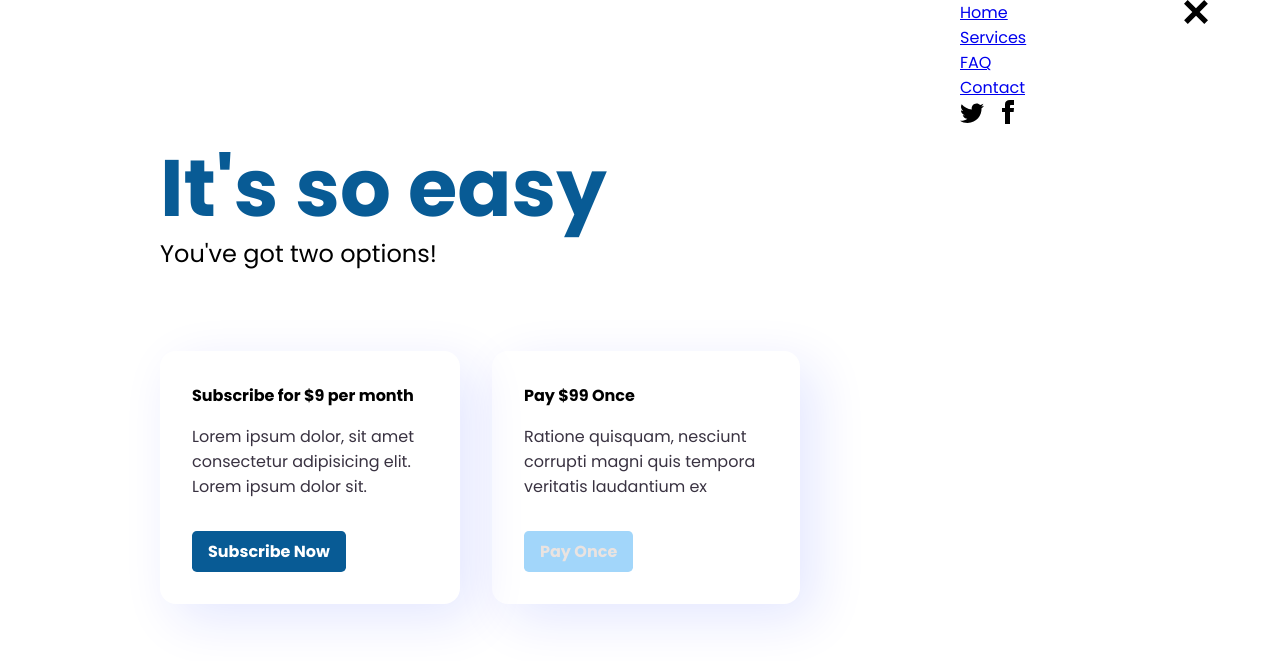
Repository: Hyperion72R/Animated-Navigation
Page: index.html
The author's editor kept a copy of each file at every save. The page is drawn from the files as they stood at one save, then again after the next save.
The browser window is 1280 px wide. The pictures show the whole page.
The style sheet was rebuilt from its Sass, Less or Tailwind sources for each picture, by a compiler version that may differ from the author's.

Above is the page before, as saved 2021-08-29 00:24:14.

### index.html
<!DOCTYPE html>
<html lang="en">
  <head>
    <meta charset="UTF-8" />
    <meta http-equiv="X-UA-Compatible" content="IE=edge" />
    <meta name="viewport" content="width=device-width, initial-scale=1.0" />
    <title>Document</title>
    <link rel="stylesheet" href="css/main.css" />
  </head>
  <body>
    <header>
      <a href="#" class="logo">awesomeservice</a>

      <nav>
        <ul>
          <li><a href="#">Home</a></li>
          <li><a href="#">Services</a></li>
          <li><a href="#">FAQ</a></li>
          <li class="active"><a href="#">Become a member</a></li>
        </ul>
      </nav>
    </header>

    <section>
      <h1>Go Big or Go Home</h1>
    </section>

    <div class="overlay">
      <div class="left">
        <h2>It's so easy</h2>
        <p class="subhead">You've got two options!</p>

        <div class="cards">
          <div class="card">
            <strong>Subscribe for $9 per month</strong>
            <p>
              Lorem ipsum dolor, sit amet consectetur adipisicing elit. Lorem
              ipsum dolor sit.
            </p>
            <a href="#" class="cta">Subscribe Now</a>
          </div>

          <div class="card">
            <strong>Pay $99 Once</strong>
            <p>
              Ratione quisquam, nesciunt corrupti magni quis tempora veritatis
              laudantium ex
            </p>
            <a href="#" class="cta pay-once">Pay Once</a>
          </div>
        </div>
      </div>

      <div class="middle">
        <ul class="secondary">
          <li><a href="#">Home</a></li>
          <li><a href="#">Services</a></li>
          <li><a href="#">FAQ</a></li>
          <li><a href="#">Contact</a></li>
        </ul>

        <div class="social-nav">
          <a href="" class="twitter"
            ><svg
              xmlns="http://www.w3.org/2000/svg"
              width="32"
              height="32"
              viewBox="0 -1.15 32 32"
            >
              <path
                d="M24 4.557c-.883.392-1.832.656-2.828.775 1.017-.609 1.798-1.574 2.165-2.724-.951.564-2.005.974-3.127 1.195-.897-.957-2.178-1.555-3.594-1.555-3.179 0-5.515 2.966-4.797 6.045-4.091-.205-7.719-2.165-10.148-5.144-1.29 2.213-.669 5.108 1.523 6.574-.806-.026-1.566-.247-2.229-.616-.054 2.281 1.581 4.415 3.949 4.89-.693.188-1.452.232-2.224.084.626 1.956 2.444 3.379 4.6 3.419-2.07 1.623-4.678 2.348-7.29 2.04 2.179 1.397 4.768 2.212 7.548 2.212 9.142 0 14.307-7.721 13.995-14.646.962-.695 1.797-1.562 2.457-2.549z"
              /></svg
          ></a>
          <a href="" class="facebook"
            ><svg
              xmlns="http://www.w3.org/2000/svg"
              width="32"
              height="32"
              viewBox="0 0 32 32"
            >
              <path
                d="M9 8h-3v4h3v12h5v-12h3.642l.358-4h-4v-1.667c0-.955.192-1.333 1.115-1.333h2.885v-5h-3.808c-3.596 0-5.192 1.583-5.192 4.615v3.385z"
              /></svg
          ></a>
        </div>
      </div>

      <div class="right">
        <svg
          class="exit"
          xmlns="http://www.w3.org/2000/svg"
          width="58"
          height="58"
          viewBox="0 0 58 58"
        >
          <path
            d="M24 20.188l-8.315-8.209 8.2-8.282-3.697-3.697-8.212 8.318-8.31-8.203-3.666 3.666 8.321 8.24-8.206 8.313 3.666 3.666 8.237-8.318 8.285 8.203z"
          />
        </svg>
      </div>
    </div>
  </body>
</html>

### css/main.scss
@import url("https://fonts.googleapis.com/css2?family=Poppins:ital,wght@0,400;0,500;0,600;0,700;0,800;0,900;1,400;1,500;1,600;1,700;1,800;1,900&display=swap");

*,
*:before,
*::after {
  box-sizing: border-box;
}

body::after {
  content: "";
  display: block;
  width: 100%;
  //   height: 108%;
  height: 100%;
  //   background-color: rgba(51, 51, 51, 0.5);
  background: rgba(38, 73, 91, 0.8);

  position: absolute;
  top: 0;
  left: 0;
  right: 0;
  bottom: 0;
  z-index: -10;
}

body {
  height: 100vh;
  //   background: #8000ff url("../assets/images/bg.jpg");
  //   background: linear-gradient(rgba(4, 230, 168, 0.8), rgba(44, 189, 230, 0.8)),
  //     url("../assets/images/bg.jpg");
  background: url("../assets/images/bg.jpg");
  //   object-fit: scale-down;
  background-size: cover;
  color: white;
  font-family: "Poppins";
  margin: 0;
  //   background-position: center;
  //   padding: 0;
  //   overflow: hidden;
  background-repeat: no-repeat;
}

ul {
  list-style-type: none;
  margin: 0;
  padding: 0;
}

section,
header {
  width: 70%;
  margin: 0 auto;
}

// .social-nav,
// .right {
//   display: none;
// }

header {
  display: flex;
  justify-content: space-between;
  align-items: center;

  a {
    color: white;
    text-decoration: none;
    padding: 2em;
  }

  a.logo {
    font-weight: bold;
    font-size: 1.25rem;
    padding: 0;
  }

  nav ul {
    display: flex;

    a {
      padding: 2.5em 1.5em;
      display: block;
    }

    li.active a {
      font-weight: bold;
      background: white;
      color: black;
      margin-left: 2em;
      padding: 2.5em;
    }
  }
}

h1 {
  font-size: 4rem;
  width: 40%;
  line-height: 5rem;
  // margin-left: 1.2em;
  margin-left: 2em;
  margin-top: 2.8em;
  // margin-top: 1.4em;
}

//  Overlay

.overlay {
  position: fixed;
  height: 100vh;
  background: white;
  top: 0;
  left: 0;
  width: 100%;
  display: grid;
  grid-template-columns: 75% auto 6em;
}

.left,
.right,
.middle {
  height: 100vh;
}

h2 {
  color: #085b95;
  font-size: 5rem;
  margin: 0;
}

.left {
  padding: 8em 10em;

  p.subhead {
    color: black;
    font-size: 1.5rem;
    margin-top: -0.5em;
  }
}

.cards {
  display: flex;
  margin-top: 5em;

  .card {
    padding: 2em;
    box-shadow: 15px 15px 53px rgba(0, 38, 255, 0.11);
    border-radius: 1em;
    // margin-right: 2em;

    strong {
      color: black;
    }

    p {
      color: #393241;
    }

    &:nth-of-type(2) {
      margin-left: 2em;
    }

    .cta {
      padding: 0.5em 1em;
      border-radius: 0.3em;
      text-decoration: none;
      background: #085b95;
      margin-top: 1em;
      display: inline-block;
      color: white;
      font-weight: bold;
    }

    .pay-once {
      background: lighten(#085b95, 50%);
      color: scale-color(#e1d7d2, $lightness: 30%);
    }
  }
}

After the next save:
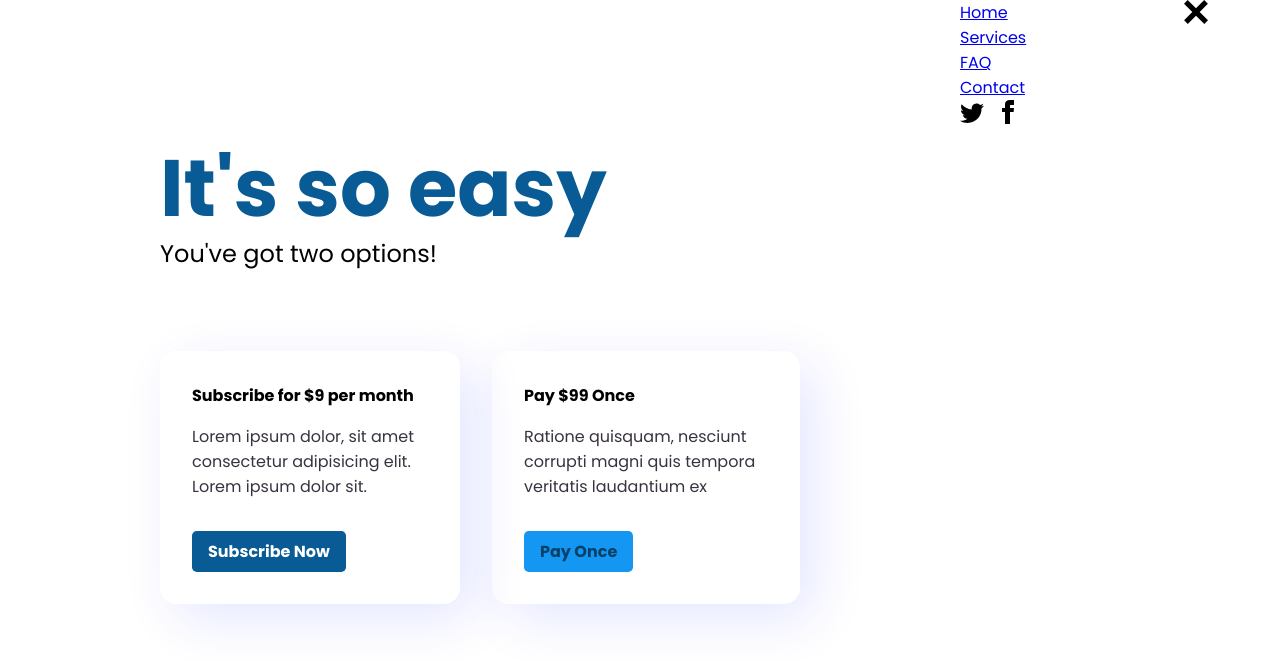
Saved 91 s later.
--- a/css/main.scss
+++ b/css/main.scss
@@ -171,8 +171,8 @@ h2 {
     }
 
     .pay-once {
-      background: lighten(#085b95, 50%);
-      color: scale-color(#e1d7d2, $lightness: 30%);
+      background: scale-color(#085b95, $lightness: 30%);
+      color: scale-color(#085b95, $blackness: 30%);
     }
   }
 }
